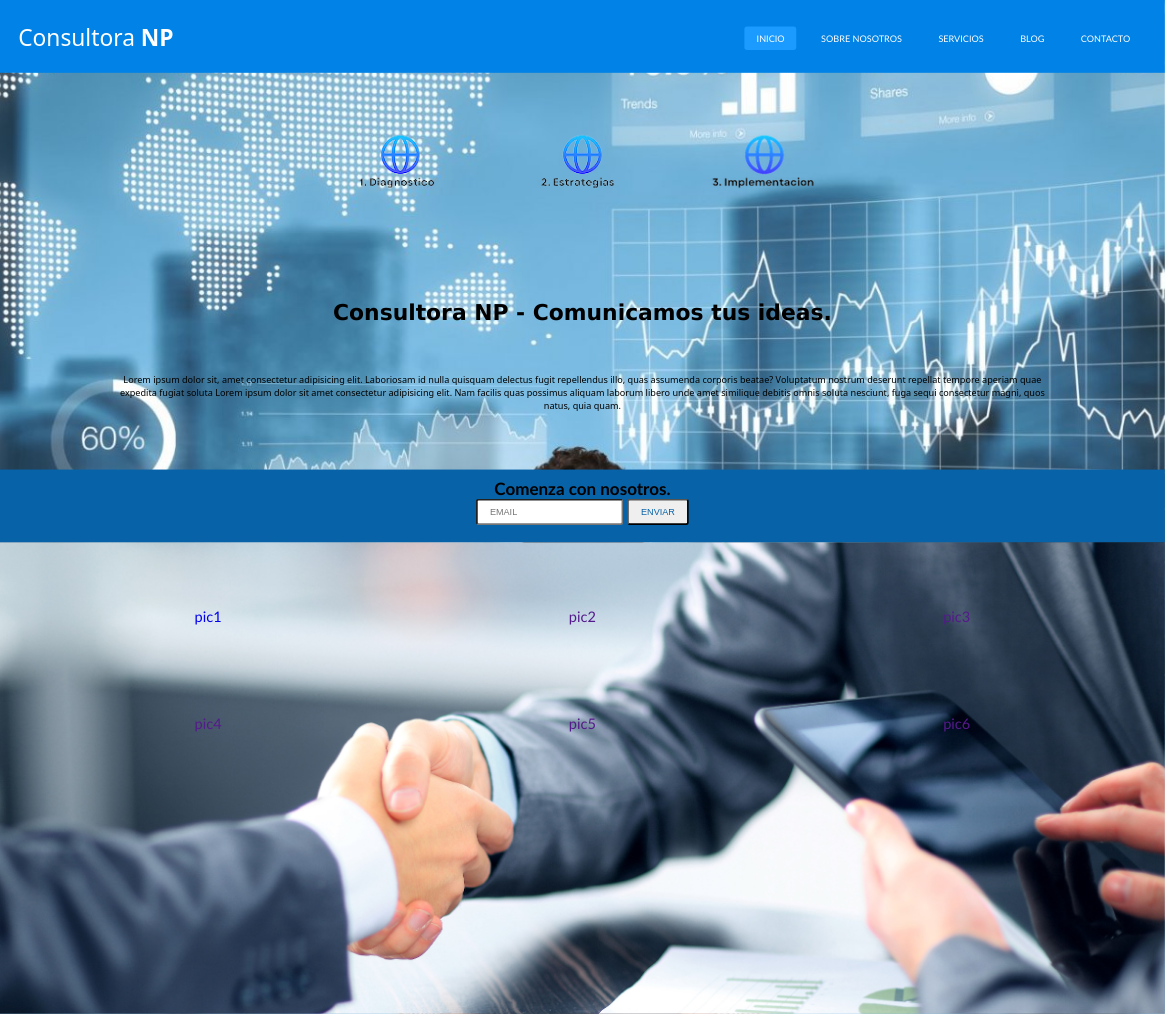
Repository: Batu120/pre-entrega2
Page: index.html
An editor plug-in stored every save of this project. The page is shown before and after the next save, followed by the edit.
The browser window is 1280 px wide. The pictures show the whole page, at 91% of full size.

Above is the page before, as saved 2022-11-01 21:24:31.

After the next save:
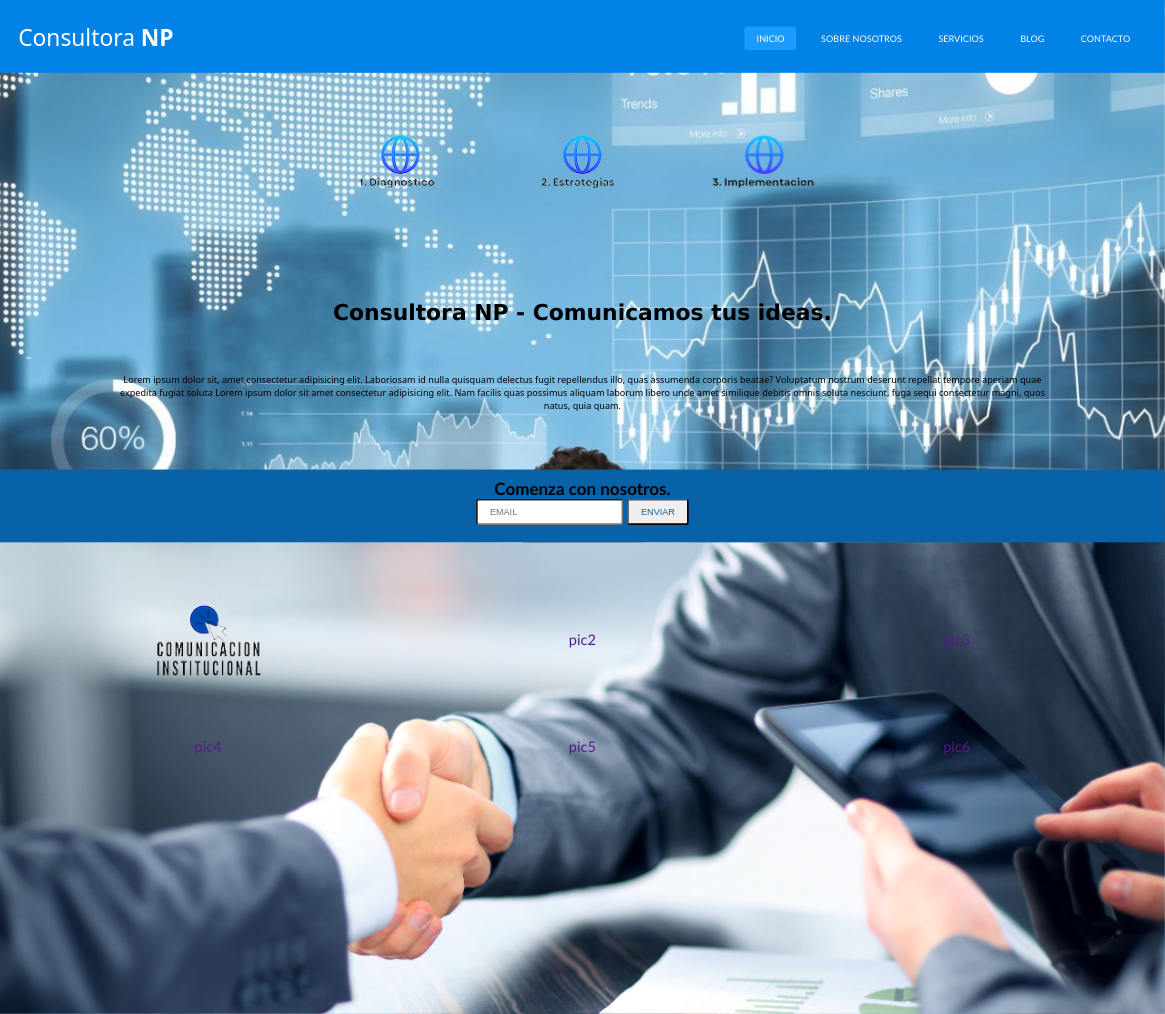
Saved 45 s later.
--- a/index.html
+++ b/index.html
@@ -53,7 +53,7 @@
     </section>
     <section class="wallpaper">
         <div class="grid-container2">
-            <div class="Com-1"><a href="/IMG/1com-inst.png">pic1</a></div>
+            <div class="Com-1"><a href=""><img src="IMG/1com-inst.png" alt="pic1"></a></div>
             <div class="Com-2"><a href="">pic2</a></div>
             <div class="Com-3"><a href="">pic3</a></div>
             <div class="Com-4"><a href="">pic4</a></div>
